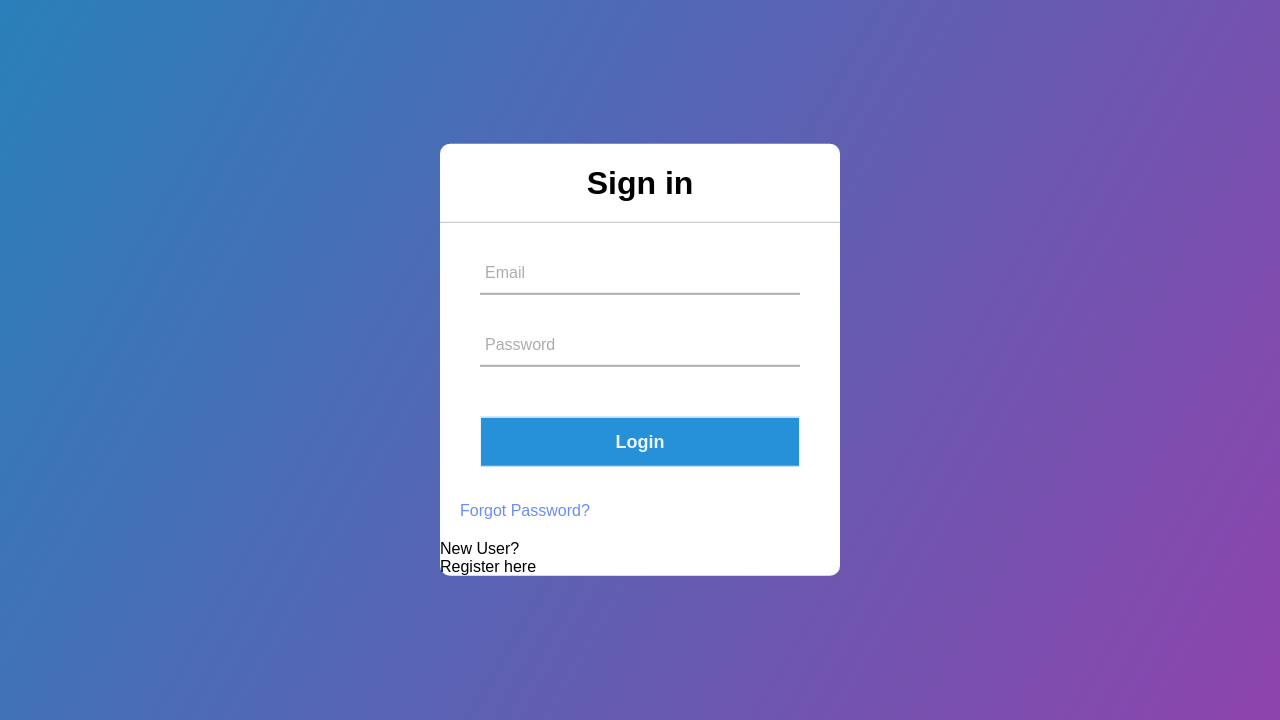
Repository: poornasyamasundar/Software-Project-Manager
Page: SoftwareManager/Templates/login.html
An editor plug-in stored every save of this project. The page is shown before and after the next save, followed by the edit.
The browser window is 1280 px wide. The pictures show the whole page.

Above is the page before, as saved 2021-10-19 08:36:00.

### SoftwareManager/Templates/login.html
<!DOCTYPE html>
<html>
	<head>
		<link rel = 'stylesheet' href = 'login.css'>
		<title>
			Login page
		</title>
	</head>
	<body>
		<!-- <div id = 'homeMenu'>
			<div id = 'logo'>Logo and name</div>
			<div id = 'help'>Help</div>
			<div id = 'goback'>Go Back</div>
		</div>
		<div id = 'loginbox'>
			<div id = 'loginlogo'>
				logo
			</div>
			<div id = 'username'>
				username
			</div>
			<div id = 'password'>
				password
			</div>
			<div id = 'login'>
				login
			</div>
			<div id = 'register'>
				register
			</div>
		</div> -->

		<div class="center">



			<h1>Sign in</h1>
			<form class="" action="" method="post">
			  <div class="txt_field">
				<input type="email" name="email" value="" required>
				<span></span>
				<label>Email</label>
			  </div>
			  <div class="txt_field">
				<input type="password" name="password" value="" required>
				<span></span>
				<label>Password</label>
			  </div>

			  <input type="submit" name="submit" value="Login">
			</form>
			<div class="pass">Forgot Password?</div>
		<div class="newuser">New User?</div>
		<div class="reghere">Register here</div>
		  </div>
	</body>
</html>

### SoftwareManager/Templates/login.css
/* body
{
	background-color: lightpink;
}
#homeMenu
{
	width: 100%;
	height: 80px;
	background-color: lightblue;
}
#logo
{
	width: 30vw;
	height: 80px;
	display: inline-block;
	background-color: lightgreen;
}
#goback
{
	width: 80px;
	height: 80px;
	display: inline-block;
	float: right;
	background-color: red;
}
#help
{
	width: 80px;
	height: 80px;
	display: inline-block;
	float: right;
	background-color: lightgreen;
}
#loginbox
{
	height: 350px;
	width: 300px;
	background-color: orange;
	position: absolute;
	top: 0;
	bottom: 0;
	left: 0;
	right: 0;
	border-radius: 10px;
	margin: auto;
}
#loginlogo
{
	height: 70px;
	width: 260px;
	background-color: lightgreen;
	margin: auto;
	margin-top: 20px;
}
#username, #password
{
	height: 40px;
	width: 260px;
	background-color: lightgreen;
	margin: auto;
	margin-top: 20px;
}
#login
{
	height: 30px;
	width: 120px;
	background-color: lightgreen;
	display: inline-block;
	margin-top: 50px;
	margin-left: 20px;
}
#register
{
	position: relative;
	height: 30px;
	width: 120px;
	background-color: lightgreen;
	display: inline-block;
	margin-left: 20px;
} */

body {
	margin: 0;
	padding: 0;
	/* font-family: montserrat; */
	font-family: 'Montserrat', sans-serif;
	background: linear-gradient(120deg, #2980b9, #8e44ad);
	height: 100vh;
	overflow: hidden;
  }

  .center {
	position: absolute;
	top: 50%;
	left: 50%;
	transform: translate(-50%, -50%);
	width: 400px;
	background: white;
	border-radius: 10px;
  }

  .center h1 {
	text-align: center;
	padding: 0 0 20px 0;
	border-bottom: 1px solid silver;
  }

  .center form {
	padding: 0 40px;
	box-sizing: border-box;
  }

  form .txt_field {
	position: relative;
	border-bottom: 2px solid #adadad;
	margin: 30px 0;
  }

  .txt_field input {
	width: 100%;
	padding: 0 5px;
	height: 40px;
	font-size: 16px;
	border: none;
	background: none;
	outline: none;
  }

  .txt_field label {
	position: absolute;
	top: 50%;
	left: 5px;
	color: #adadad;
	transform: translateY(-50%);
	font-size: 16px;
	pointer-events: none;
  }

  .txt_field span::before {
	content: '';
	position: absolute;
	top: 40px;
	left: 0;
	width: 0%;
	height: 2px;
	background: #2691d9;
	transition: .5s;
  }

  .txt_field input:focus~label,
  .txt_field input:valid~label {
	top: -5px;
	color: #2691d9;
  }

  .txt_field input:focus~span::before,
  .txt_field input:valid~span::before {
	width: 100%;
  }

  .pass {
	margin: -5px 0px 20px 20px;
	color: #6a8ff3;
	cursor: pointer;
  }

  .pass:hover {
	color: #e42d15;
	text-decoration: underline;
  }

  input[type="submit"] {
	width: 100%;
	height: 50px;
	border: 1px solid;
	background: #2691d9;
	font-size: 18px;
	color: #e9f4fb;
	font-weight: 700;
	cursor: pointer;
	outline: none;
	margin-top: 20px;
	margin-bottom: 40px;
  }

After the next save:
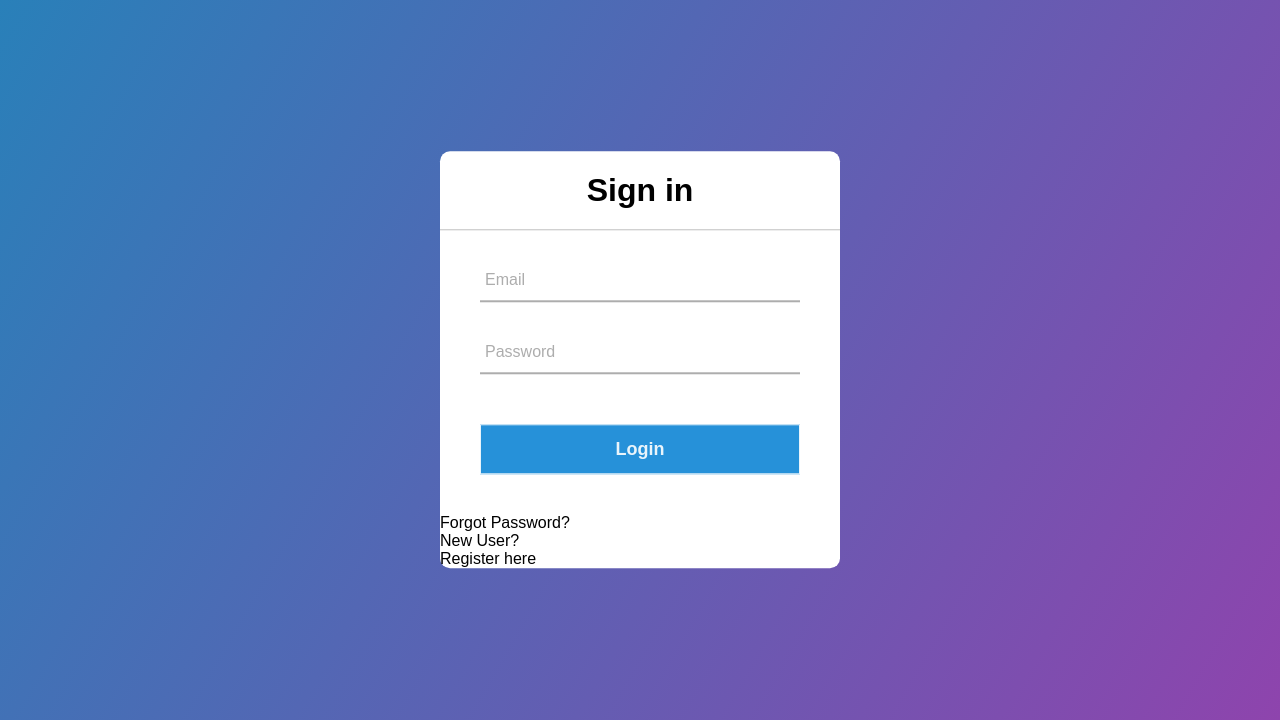
Saved 35 s later.
--- a/SoftwareManager/Templates/login.css
+++ b/SoftwareManager/Templates/login.css
@@ -158,7 +158,7 @@
 	width: 100%;
   }
 
-  .pass {
+  pass {
 	margin: -5px 0px 20px 20px;
 	color: #6a8ff3;
 	cursor: pointer;
@@ -168,6 +168,8 @@
 	color: #e42d15;
 	text-decoration: underline;
   }
+
+
 
   input[type="submit"] {
 	width: 100%;

After the save that followed:
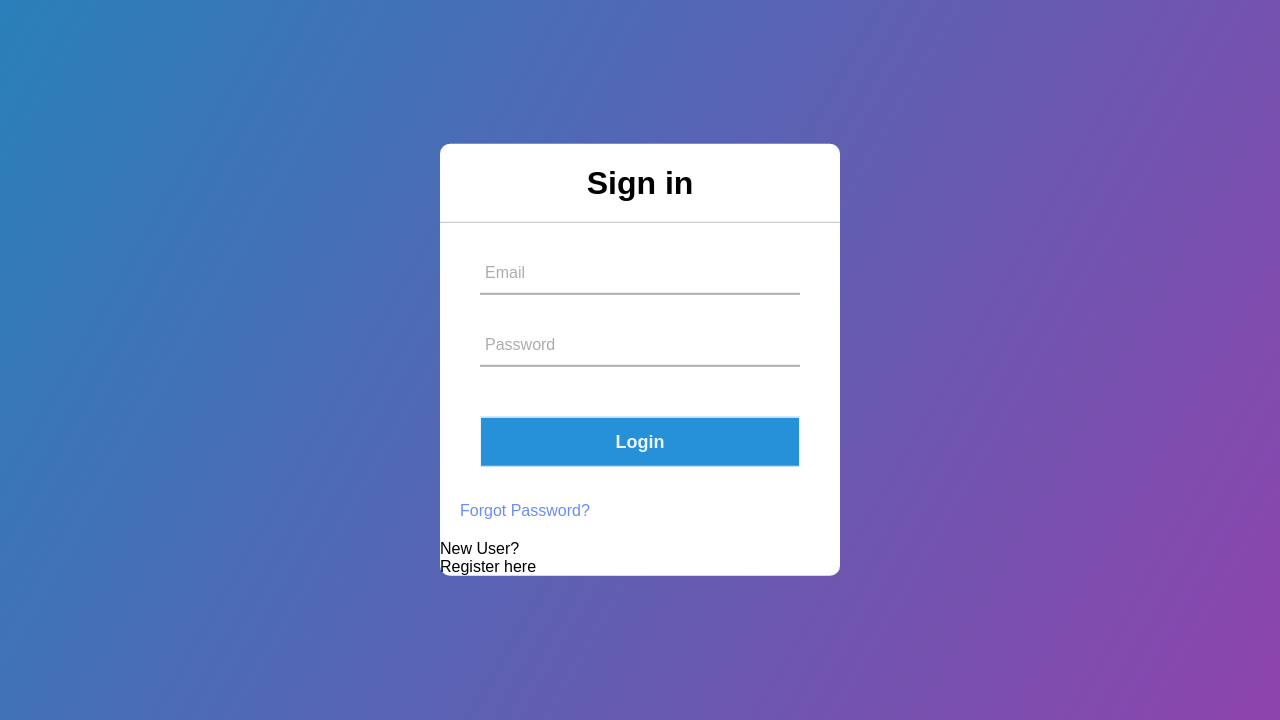
Saved 7 s later.
--- a/SoftwareManager/Templates/login.css
+++ b/SoftwareManager/Templates/login.css
@@ -158,7 +158,7 @@
 	width: 100%;
   }
 
-  pass {
+  .pass {
 	margin: -5px 0px 20px 20px;
 	color: #6a8ff3;
 	cursor: pointer;
